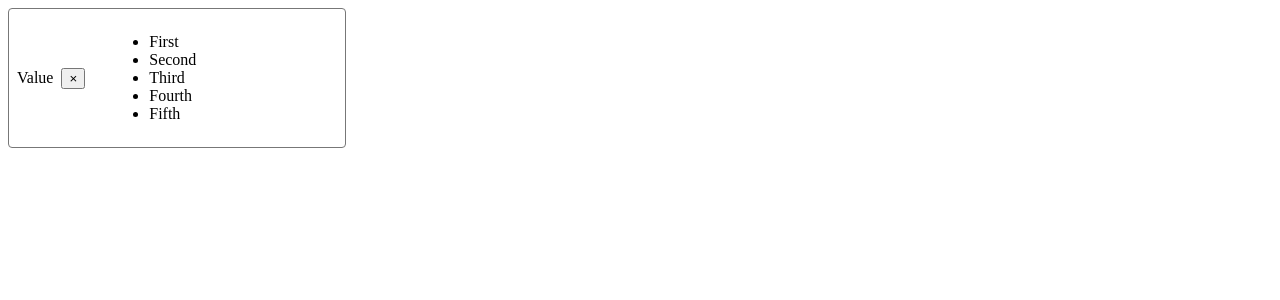
Repository: csabbah/ts-react-custom-select
Page: /
An editor plug-in stored every save of this project. The page is shown before and after the next save, followed by the edit.
The browser window is 1280 px wide. The pictures show the whole page.
The project was rebuilt for these pictures with package versions that can differ from the ones it lists, and the page was loaded fresh each time. Also part of the build but not shown: vite.config.ts.

Above is the page before, as saved 2022-12-24 11:52:23.

### src/App.tsx
import { Select } from "./Select";

const options = [
  { label: "First", value: 1 },
  { label: "Second", value: 2 },
  { label: "Third", value: 3 },
  { label: "Fourth", value: 4 },
  { label: "Fifth", value: 5 },
];
function App() {
  return (
    <div>
      <Select options={options} />
    </div>
  );
}

export default App;

### src/Select.tsx
import styles from "./select.module.css";

type SelectOption = {
  label: string;
  value: any;
};

type SelectProps = {
  options: SelectOption[];
  value?: SelectOption; // value? means this value is optional
  onChange: (value: SelectOption | undefined) => void; // Void -  This function returns nothing
};

export function Select({ value, onChange, options }: SelectProps) {
  return (
    <>
      <div tabIndex={0} className={styles.container}>
        <span className={styles.value}>Value</span>
        <button className={styles["clear-btn"]}>&times;</button>
        <div className={styles.divider}></div>
        <div className={styles.caret}></div>
        <ul className={styles.options}>
          {options.map((option) => (
            <li key={option.label} className={styles.option}>
              {option.label}
            </li>
          ))}
        </ul>
      </div>
    </>
  );
}

### src/select.module.css
.container {
  position: relative;
  width: 20em;
  min-height: 1.5em;
  border: 0.05em solid #777;
  display: flex;
  align-items: center;
  gap: 0.5em;
  padding: 0.5em;
  border-radius: 0.25em;
  outline: none;
}

.container:focus {
  border-color: red;
}

.clear-btn:focus {
  background-color: red;
}

Loaded but not shown: index.html (common file); src/main.tsx (common file)

After the next save:
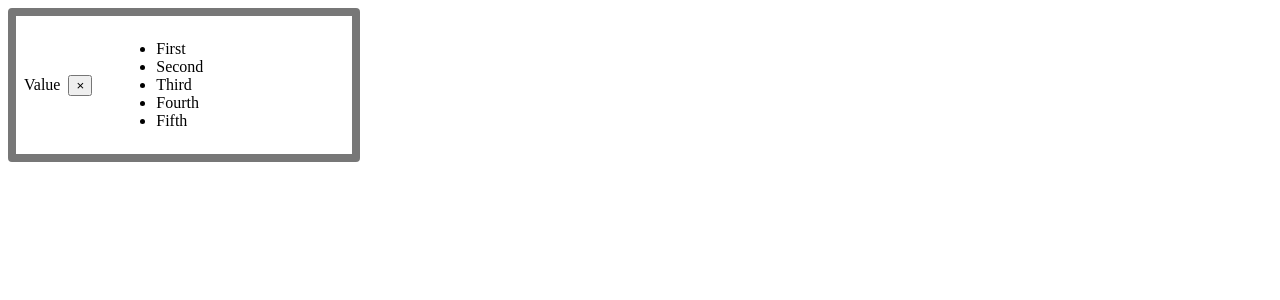
Saved 6 s later.
--- a/src/select.module.css
+++ b/src/select.module.css
@@ -2,7 +2,7 @@
   position: relative;
   width: 20em;
   min-height: 1.5em;
-  border: 0.05em solid #777;
+  border: 0.5em solid #777;
   display: flex;
   align-items: center;
   gap: 0.5em;

After the 3 saves that followed:
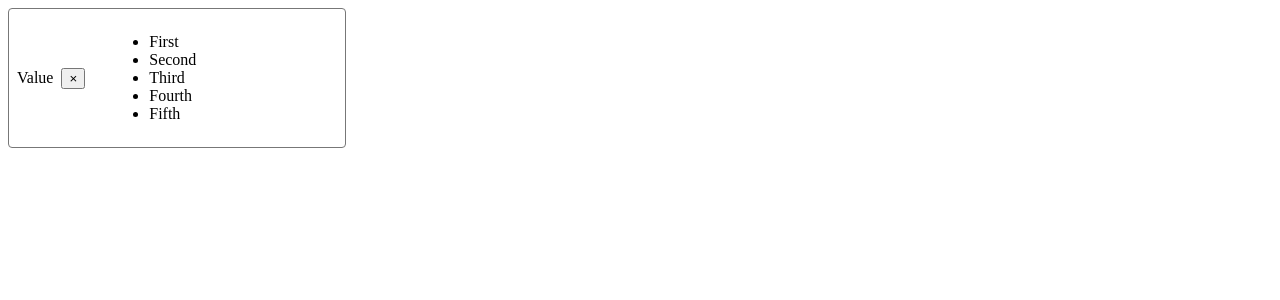
The 3 saves are shown as one change because they came seconds apart.
The last was saved 7 s later.
--- a/src/select.module.css
+++ b/src/select.module.css
@@ -2,7 +2,7 @@
   position: relative;
   width: 20em;
   min-height: 1.5em;
-  border: 0.5em solid #777;
+  border: 0.09em solid #777;
   display: flex;
   align-items: center;
   gap: 0.5em;
